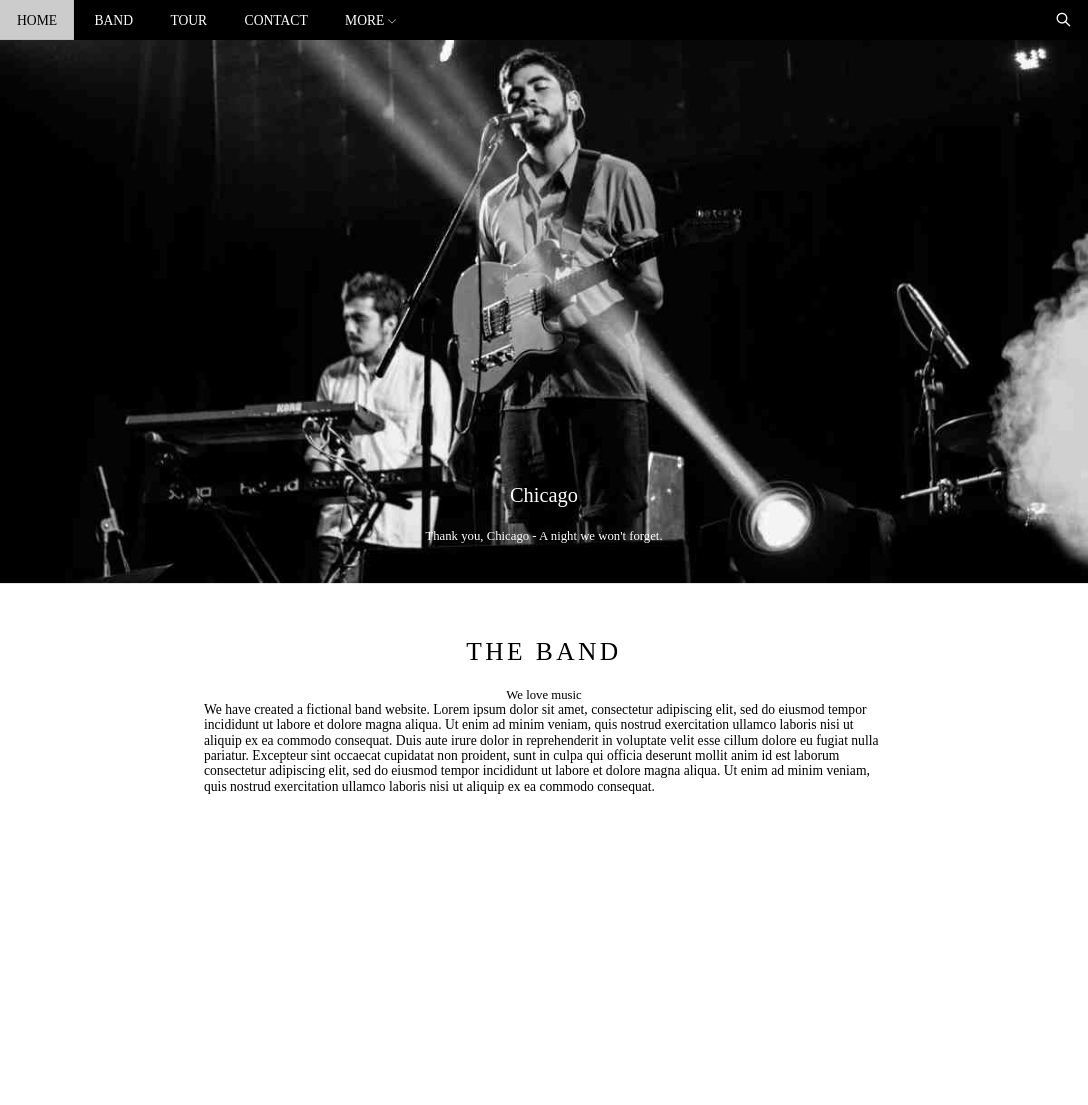
Repository: Dino0411/Dino0411.github.io
Page: index.html
The author's editor kept a copy of each file at every save. The page is drawn from the files as they stood at one save, then again after the next save.
The browser window is 1280 px wide. The pictures show the whole page, at 85% of full size.

Above is the page before, as saved 2021-10-04 11:44:29.

After the next save:
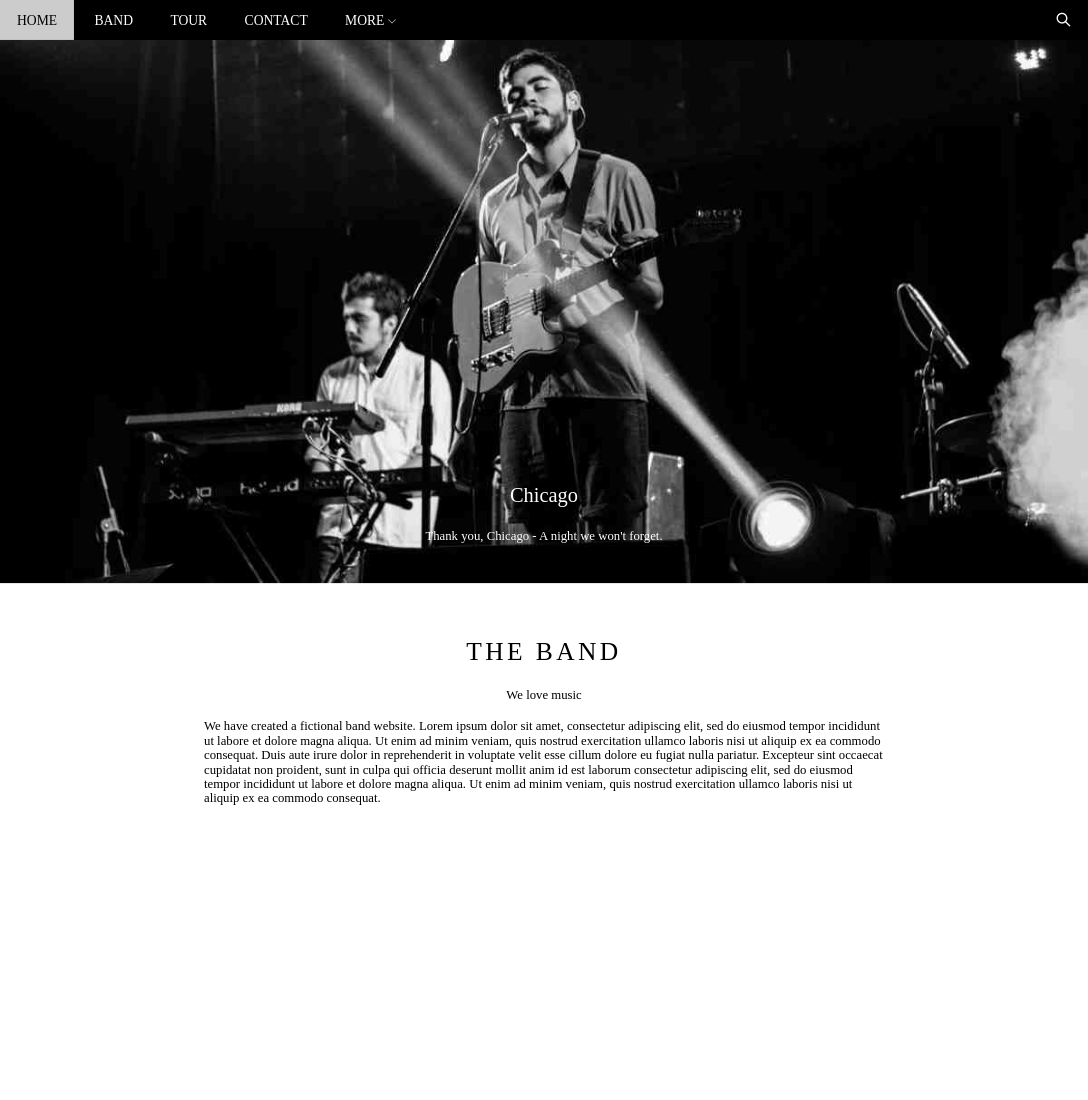
Saved 45 s later.
--- a/assets/css/style.css
+++ b/assets/css/style.css
@@ -132,5 +132,9 @@
   font-size: 15px;
   margin-top: 25px;
 }
+#content .about-text {
+  font-size: 15px;
+  margin-top: 20px;
+}
 #footer {
 }
